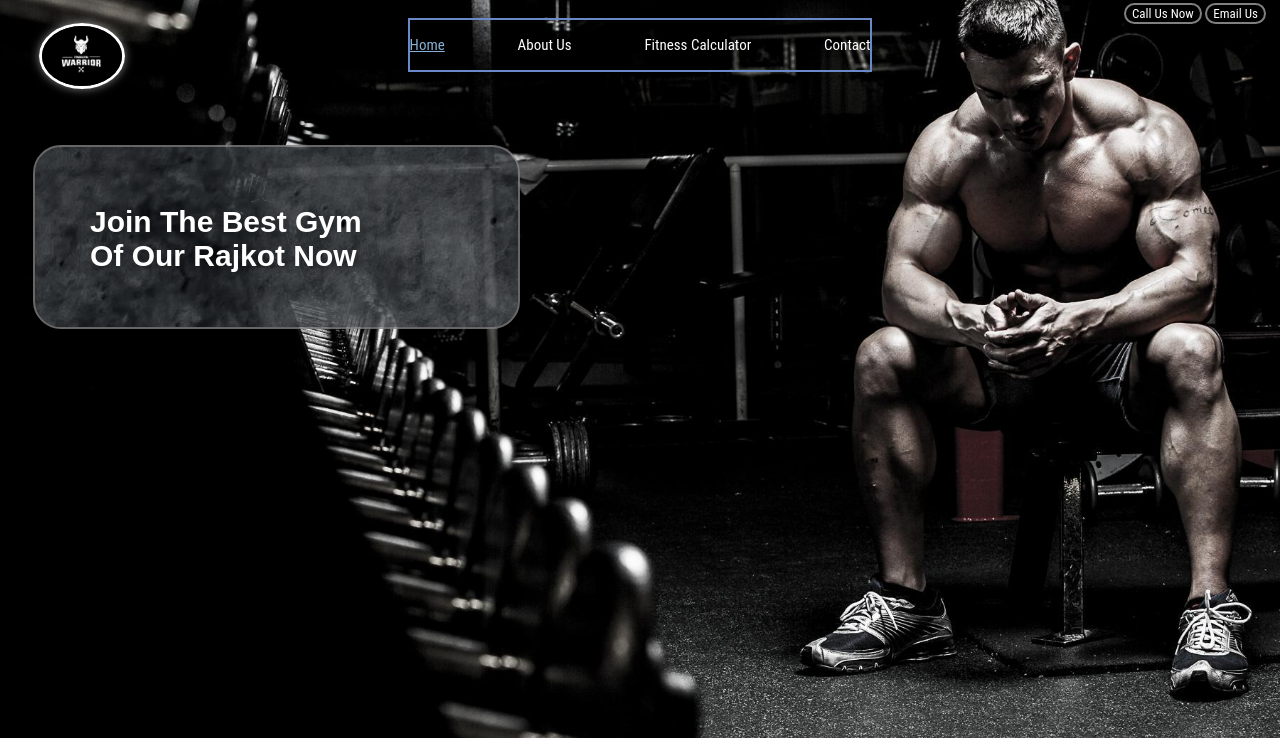
Repository: asthaasquare/project-1
Page: project-1/index.html
The author's editor kept a copy of each file at every save. The page is drawn from the files as they stood at one save, then again after the next save.
The browser window is 1280 px wide. The pictures show the whole page.
Some web fonts or font styles are not loaded; a fallback is used.

Above is the page before, as saved 2024-05-09 18:10:15.

After the next save:
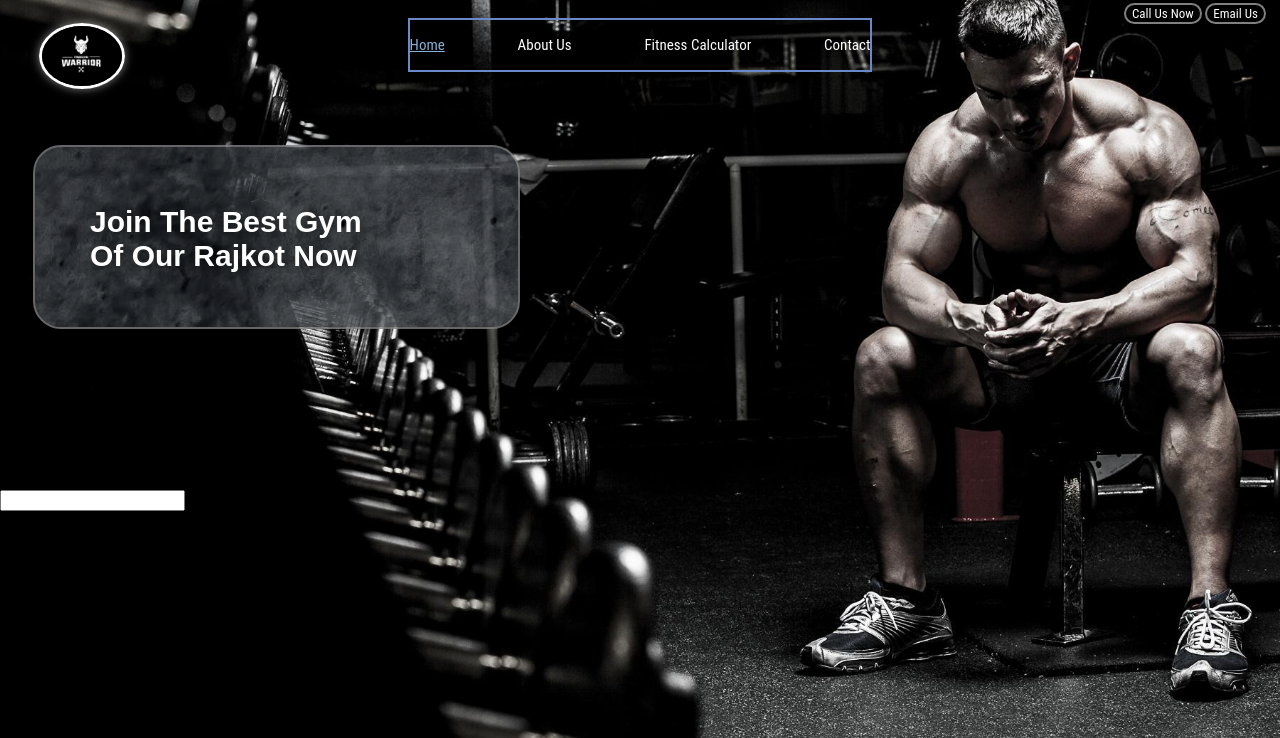
Saved 18 s later.
--- a/project-1/index.html
+++ b/project-1/index.html
@@ -166,7 +166,9 @@
     <div>
       <h1>Join The Best Gym Of Our Rajkot Now</h1>
       <form action="noaction.php">
-        <div class="form-group"></div>
+        <div class="form-group">
+          <input type="text" name="" id="">
+        </div>
       </form>
     </div>
   </body>
